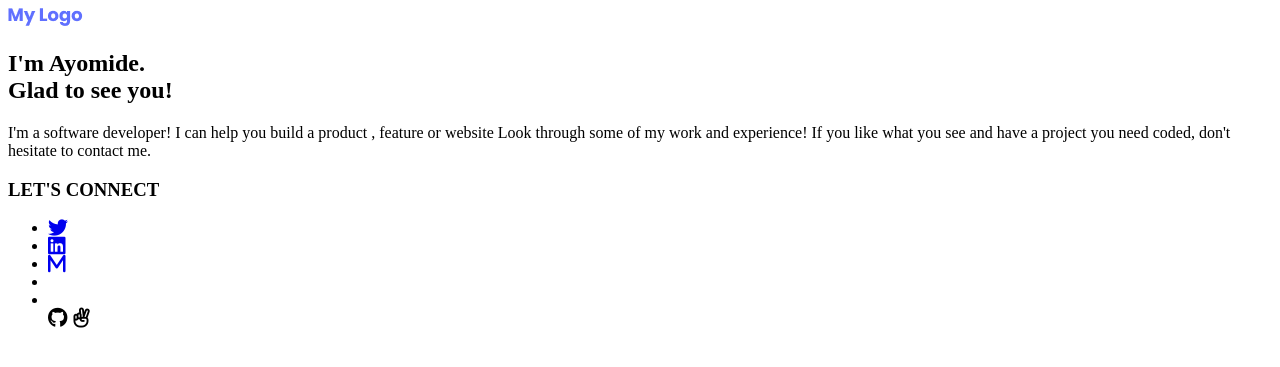
Repository: Paulinelali/microverse-personal-portfolio
Page: index.html
These files come from the project's save history. The page is drawn as it stood at one moment and after a run of saves; the edit follows.
The browser window is 1280 px wide. The pictures show the whole page.
Some web libraries are served in a nearby version.

Above is the page before, as saved 2023-04-28 00:53:57.

### index.html
<!DOCTYPE html>
<html lang="en">
<head>
    <meta charset="UTF-8">
    <meta http-equiv="X-UA-Compatible" content="IE=edge">
    <meta name="viewport" content="width=device-width, initial-scale=1.0">
    <link rel="preconnect" href="https://fonts.googleapis.com">
<link rel="preconnect" href="https://fonts.gstatic.com" crossorigin>
<link href="https://fonts.googleapis.com/css2?family=Poppins:ital,wght@0,300;0,400;0,700;1,500&display=swap" rel="stylesheet">
    <script src="https://kit.fontawesome.com/97d9fb687f.js" crossorigin="anonymous"></script>
    <link rel="stylesheet" media="screen and (max-width: 765px)" href="style.css">
    <title>Ayomide's portfolio</title>
</head>
<body>
    <section>
        <header class="header">
            <nav class="navbar">
                <div class="logo">
                    <img src="./assets/My Logo.png" alt="">
                </div>
                <div class="hamburger">
                    <span class="line-top"></span>
                    <span class="line-middle"></span>
                    <span class="line-bottom"></span>
                </div>
            </nav>
            <div class="intro">
                <h1 class="title">
                    I'm Ayomide.<br>
                    Glad to see you!
                </h1>
                <p class="bio">
                    I'm a software developer! I can help you build a product , feature or website Look through some of my work and experience! If you like what you see and have a project you need coded, don't hesitate to contact me.
                </p>
                <h3 class="let-connect">
                    LET'S CONNECT
                </h3>
                <ul class="social-icons">
                    <li><a href="#"><i class="fa-brands fa-twitter fa-lg"></i></a></li>
                    <li><a href="#"><i class="fa-brands fa-linkedin fa-lg"></i></a></li>
                    <li><a href="#"><i class="fa-solid fa-m fa-lg"></i></a></li>
                    <li><a href="#"></a></li>
                    <li><a href="#"></a></li>


                    <i class="fa-brands fa-github fa-lg"></i>
                    <i class="fa-regular fa-hand-peace fa-flip-horizontal fa-lg"></i>
                </ul>
            </div>
        </header>
    </section>
</body>
</html>

### style.css

* {
  box-sizing: border-box;
  margin: 0;
  padding: 0;
}

body {
  font-family: 'Poppins', sans-serif;
}

.navbar {
  margin-top: 58px;
  display: flex;
  justify-content: space-between;
  padding: 0 24px;
}

.navbar .logo {
  vertical-align: middle;
  margin-top: 3px;
}

.hamburger {
  width: 10%;
  height: 4px;
  display: flex;
  flex-direction: column;
  gap: 7px;
}

.line-top,
.line-middle,
.line-bottom {
  border: 2px solid #6070ff;
}

.title {
  font-style: normal;
  font-weight: 700;
  font-size: 40px;
  line-height: 52px;
  color: #172b4d;
}

.intro {
  padding: 20% 5%;
  background: white url("./assets/bg.png") no-repeat;
  background-size: cover;
  display: flex;
  flex-direction: column;
  gap: 1rem;
}

.let-connect {
  font-style: normal;
  font-weight: 500;
  font-size: 1rem;
  line-height: 24px;
  color: #7f8cff;
}

.bio {
  font-style: normal;
  font-weight: 400;
  font-size: 1rem;
  line-height: 24px;
  color: #344563;
}

.social-icons {
  display: flex;
  gap: 5%;
  align-items: baseline;
}

.social-icons i {
  color: #505f79;
}

After the next 2 saves:
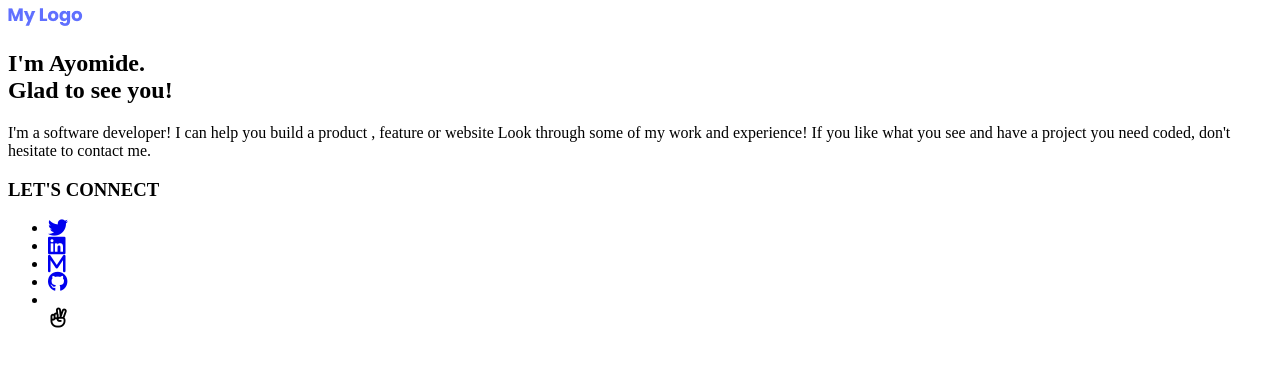
The 2 saves are shown as one change because they came seconds apart.
The last was saved 10 s later.
--- a/index.html
+++ b/index.html
@@ -39,11 +39,11 @@
                     <li><a href="#"><i class="fa-brands fa-twitter fa-lg"></i></a></li>
                     <li><a href="#"><i class="fa-brands fa-linkedin fa-lg"></i></a></li>
                     <li><a href="#"><i class="fa-solid fa-m fa-lg"></i></a></li>
-                    <li><a href="#"></a></li>
+                    <li><a href="#"><i class="fa-brands fa-github fa-lg"></i></a></li>
                     <li><a href="#"></a></li>
 
 
-                    <i class="fa-brands fa-github fa-lg"></i>
+
                     <i class="fa-regular fa-hand-peace fa-flip-horizontal fa-lg"></i>
                 </ul>
             </div>
